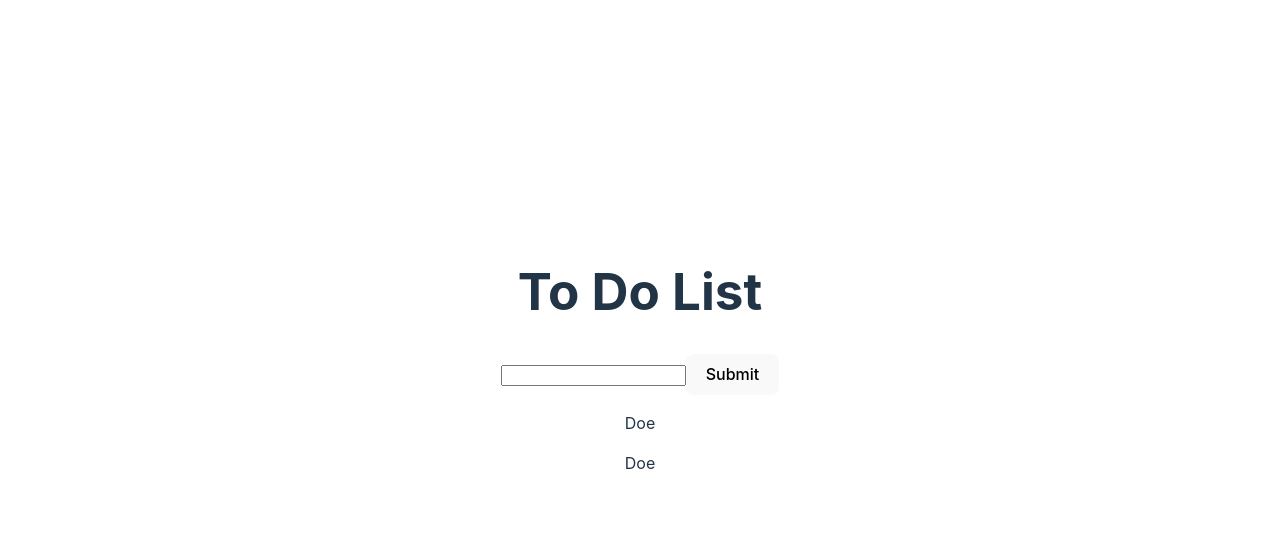
Repository: Jennica1/FRONT_END_WEEK06
Page: / (app in react/)
These files come from the project's save history. The page is drawn as it stood at one moment and after the next save; the edit follows.
The browser window is 1280 px wide. The pictures show the whole page.
The project was rebuilt for these pictures with package versions that can differ from the ones it lists, and the page was loaded fresh each time. Also part of the build but not shown: react/vite.config.js.

Above is the page before, as saved 2024-10-10 12:30:46.

### react/src/App.jsx
import { useState } from 'react';
import reactLogo from './assets/react.svg';
import viteLogo from '/vite.svg';
import TaskForm from './components/TaskForm';
import './App.css';


function App() {

  return (
    <>
     <TaskForm/>
    </>
  )
}

export default App

### react/src/components/TaskForm.jsx
import { useState } from 'react'
//renders an input box and a button for creating new tasks.
//Decide where the shared state should live. This is where you would also want to define the functions for updating the app state, including:

//a function for toggling the complete status of a task
//a function for adding a new task
//a function for deleting a task


const data = [
  {
    id: 1,
    firstName: 'John',
    lastName: 'Doe',
    age: 25
  },
  {
    id: 2,
    firstName: 'Jane',
    lastName: 'Doe',
    age: 27
  },
]
function TaskForm() {

  const [name, setName] = useState('John Doe');
  const [tasks, setTasks] = useState(data);

  const [taskData, settaskData] = useState({
    firstName: '',
    lastName: '',
    age: 0,
  });

  const studentListUI = tasks.map((student, index) => <p key={index}>{student.lastName}, {student.age} years old</p>
  );

  const newListUI = tasks.map((student, index) => <p key={index}>{student.lastName}</p>
);


  function handleSubmit(e) {
    e.preventDefault();
    const formData = new formData(e.target); //e.target == form
    name == formData.get('name');

    setName(formData.get(name));
    console.log(name);
  }

  function handleChange(e) {
    setName(e.target.value);

  }

  function handleFirstName(e) {
    settaskData({ ...taskData, firstName: e.target.value })
  };

  function handleAddTask(e) {
    e.preventDefault();
    setTasks([...tasks, taskData]);
  }

  return (
    <>
      <h1>To Do List</h1>
      <form onSubmit={handleAddTask}>

        <input type='text' value={taskData.lastName}
          onChange={(e) => settaskData({ ...taskData, lastName: e.target.value })} />

        <button>Submit</button>
      </form>
      {newListUI}
    </>
  )
}

export default TaskForm

Loaded but not shown: react/index.html (common file); react/src/main.jsx (common file); react/src/index.css (common file); react/src/App.css (common file)

After the next save:
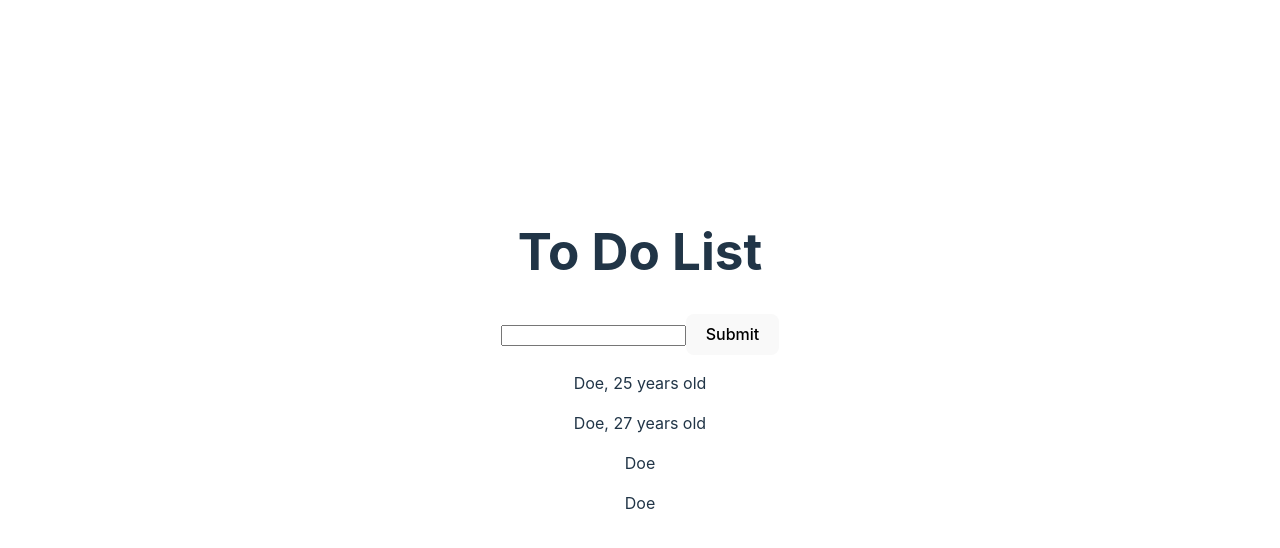
Saved 10 s later.
--- a/react/src/components/TaskForm.jsx
+++ b/react/src/components/TaskForm.jsx
@@ -72,6 +72,7 @@ function TaskForm() {
 
         <button>Submit</button>
       </form>
+      {studentListUI}
       {newListUI}
     </>
   )
